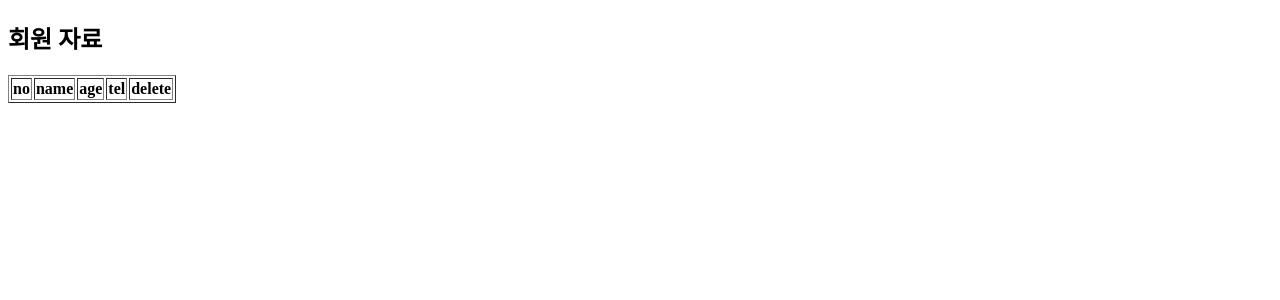
Repository: offbr/Spring
Page: http://localhost/spring_restful/member
These files come from the project's save history. The page is drawn as it stood at one moment and after the next save; the edit follows.
The browser window is 1280 px wide. The pictures show the whole page.
The page is served by Tomcat 9. Queries for data that is not in the repository find no rows.

Above is the page before, as saved 2016-10-18 06:50:46.

After the next save:
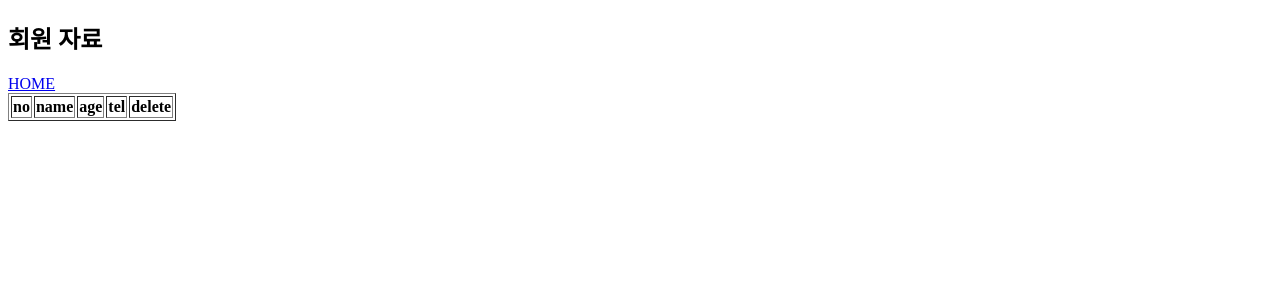
Saved 16 s later.
--- a/spring_restful/src/main/webapp/WEB-INF/view/list.jsp
+++ b/spring_restful/src/main/webapp/WEB-INF/view/list.jsp
@@ -10,7 +10,7 @@
 </head>
 <body>
 <h2>회원 자료</h2>
-<a href=""></a>
+<a href="index.jsp">HOME</a>
 <table border="1">
 	<tr><th>no</th><th>name</th><th>age</th><th>tel</th><th>delete</th></tr>
 	<c:forEach var="m" items="${list}">
